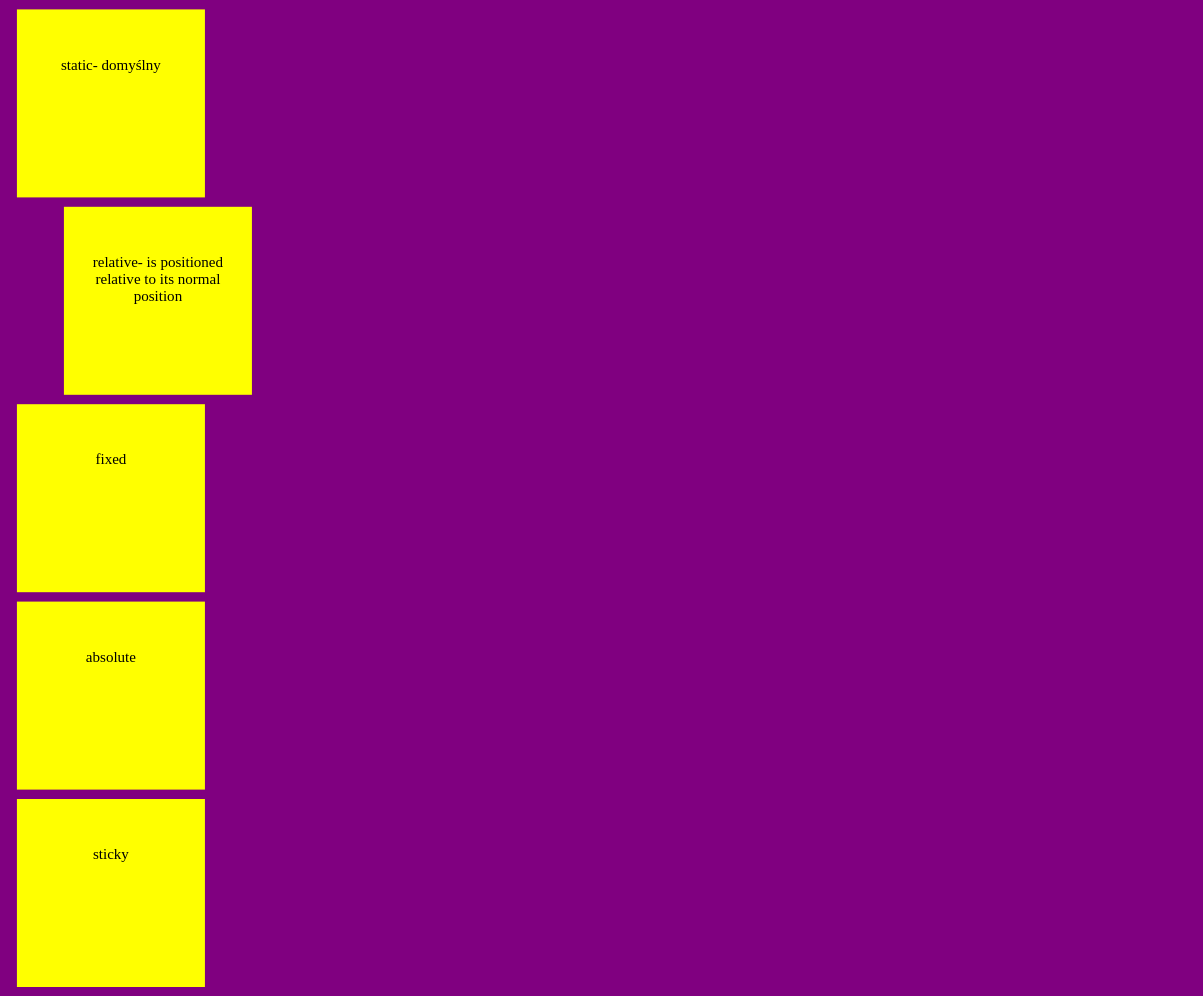
Repository: quenrythane/homepage
Page: CSS positions/CSS-positions.html
An editor plug-in stored every save of this project. The page is shown before and after the next save, followed by the edit.
The browser window is 1280 px wide. The pictures show the whole page, at 94% of full size.

Above is the page before, as saved 2020-10-11 00:21:43.

### CSS positions/CSS-positions.html
<!DOCTYPE html>
<html lang="en">
<head>
    <meta charset="UTF-8">
    <meta name="viewport" content="width=device-width, initial-scale=1.0">
    <title>CSS-positions</title>
    <link href="CSS-positions.css " rel="stylesheet" type="text/css">
</head>
<body >
    <div class="box static">static- domyślny</div>
    <div class="box relative">relative- is positioned relative to its normal position</div>
    <div class="box fixed">fixed</div>
    <div class="box absolute">absolute</div>
    <div class="box sticky">sticky</div>
</body>
</html>

### CSS positions/CSS-positions.css
body {
    background: purple;
}

.box{
    box-sizing: border-box;
    background: yellow;
    width: 200px;
    height: 200px ;
    margin: 10px;
    text-align: center;
    padding: 10px ;
    padding-top: 50px;
}

.static{
    position: static;
}

.relative{
    position: relative;
    left: 50px;
}

.fixed{

}

.absolute{

}

.sticky{

}

After the next save:
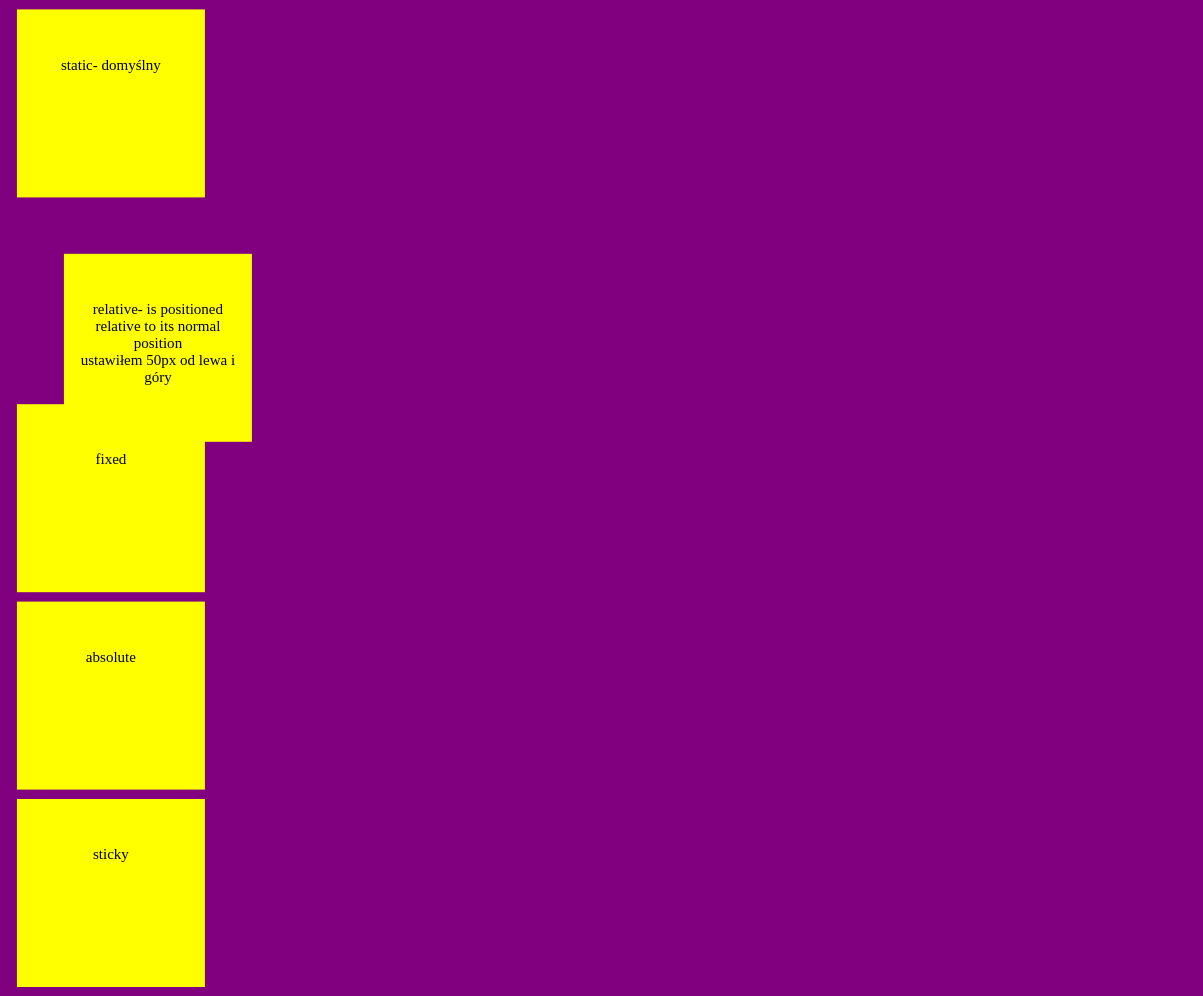
Saved 3 h 21 min later.
--- a/CSS positions/CSS-positions.html
+++ b/CSS positions/CSS-positions.html
@@ -8,7 +8,8 @@
 </head>
 <body >
     <div class="box static">static- domyślny</div>
-    <div class="box relative">relative- is positioned relative to its normal position</div>
+    <div class="box relative">relative- is positioned relative to its normal position<br>
+    ustawiłem 50px od lewa i góry</div>
     <div class="box fixed">fixed</div>
     <div class="box absolute">absolute</div>
     <div class="box sticky">sticky</div>
--- a/CSS positions/CSS-positions.css
+++ b/CSS positions/CSS-positions.css
@@ -20,6 +20,7 @@
 .relative{
     position: relative;
     left: 50px;
+    top: 50px;
 }
 
 .fixed{
